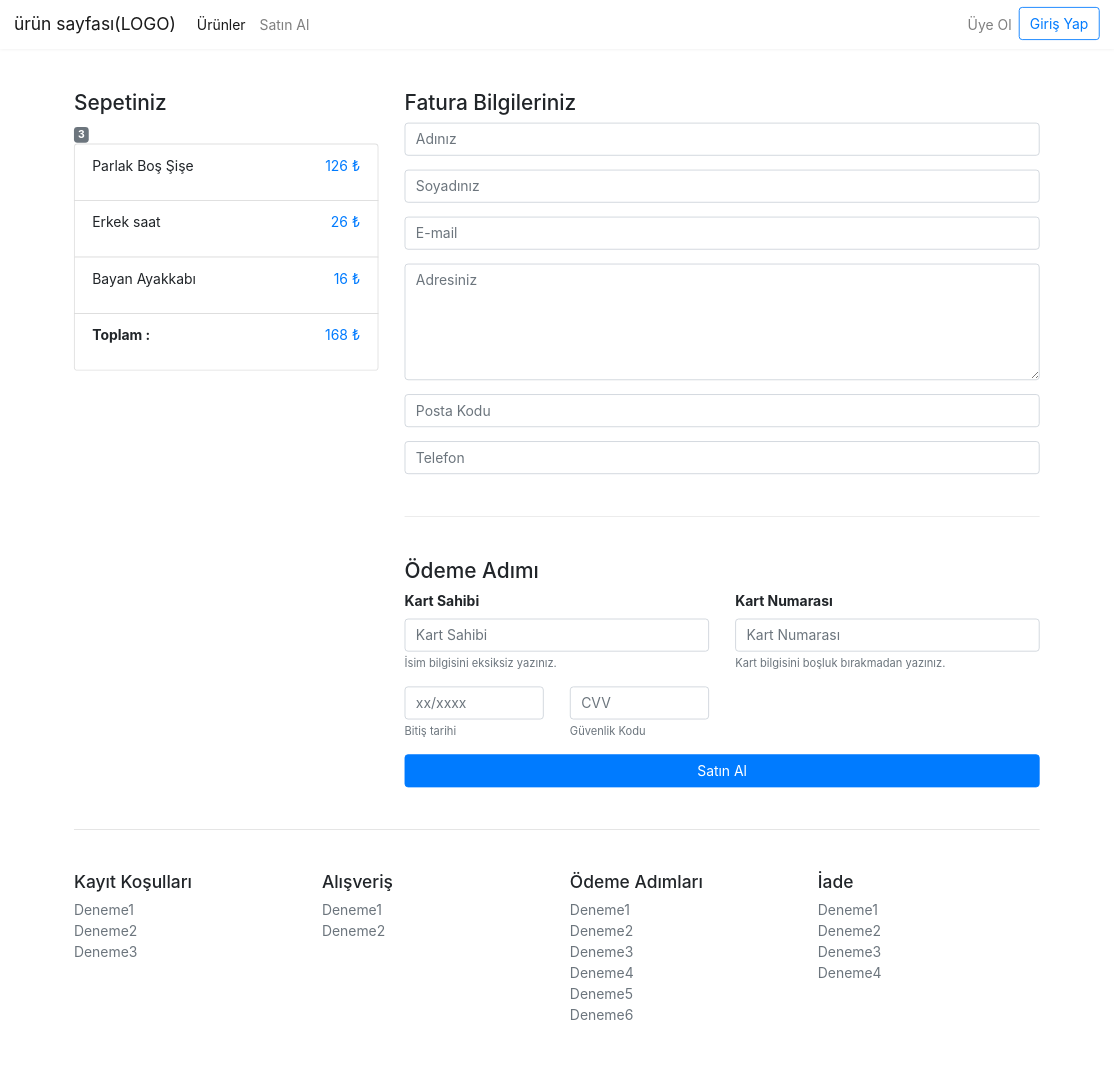
Repository: NergisAktug/E-Commerce-PythonWithFlask-Sqlite3
Page: templates/ödeme.html
These files come from the project's save history. The page is drawn as it stood at one moment and after the next save; the edit follows.
The browser window is 1280 px wide. The pictures show the whole page, at 87% of full size.

Above is the page before, as saved 2018-11-24 03:13:33.

### templates/ödeme.html
<!doctype html>
<html lang="en">
  <head>
    <!-- Required meta tags -->
    <meta charset="utf-8">
    <meta name="viewport" content="width=device-width, initial-scale=1, shrink-to-fit=no">

    <!-- Bootstrap CSS -->
    <link rel="stylesheet" href="https://stackpath.bootstrapcdn.com/bootstrap/4.1.3/css/bootstrap.min.css" integrity="sha384-MCw98/SFnGE8fJT3GXwEOngsV7Zt27NXFoaoApmYm81iuXoPkFOJwJ8ERdknLPMO" crossorigin="anonymous">

    <title>Hello, world!</title>
  </head>
  <body>
    <nav class="navbar navbar-expand-lg navbar-light shadow-sm" >
        <a href="#" class="navbar-brand">ürün sayfası(LOGO)</a>
        <button class="navbar-toggler" type="button" data-toggle="collapse" data-target="#navbarMenü">
            <span class="navbar-toggler-icon"></span>
        </button>
        <div class="collapse navbar-collapse" id="navbarMenü">
            <ul class="navbar-nav mr-auto">
                <li class="nav-item">
                    <a href="#" class="nav-link active" >Ürünler</a>
                 </li>
                 <li class="nav-item">
                        <a href="#" class="nav-link">Satın Al</a>
                     </li>

                       </ul>
                       <ul class="navbar-nav">
                          <li class="nav-item">
                            <a href="#" class="nav-link">Üye Ol</a>
                           </li>
                           <li class="nav-item">
                              <a href="#" class="btn btn-outline-primary">Giriş Yap</a>
                             </li>
                       </ul>
             </div>

    </nav>
    <div class="container my-5">
        <div class="row">
            <div class="col-md-4">
                    <h4>Sepetiniz</h4>
                    <span class="badge badge-secondary">3</span>
                    <ul class="list-group">
                         <li class="list-group-item">
                             <p class="float-left">Parlak Boş Şişe</p>
                             <p class="float-right text-primary">126 ₺</p>
                              </li>
                        <li class="list-group-item">
                            <p class="float-left">Erkek saat</p>
                            <p class="float-right text-primary">26 ₺</p>
                        </li>
                         <li class="list-group-item">
                            <p class="float-left">Bayan Ayakkabı</p>
                            <p class="float-right text-primary">16 ₺</p>
                         </li>
                         <li class="list-group-item">
                                <p class="float-left"><b>Toplam : </b></p>
                                <p class="float-right text-primary">168 ₺</p>
                        </li>
                    </ul>
                </div>

            <div class="col-md-8">
                <h4>Fatura Bilgileriniz</h4>
               <form class="was-validation">
                   <div class="form-group">
                       <input type="text" class="form-control" placeholder="Adınız" required>
                   </div>
                   <div class="form-group">
                        <input type="text" class="form-control" placeholder="Soyadınız" required>
                    </div>
                    <div class="form-group">
                            <input type="text" class="form-control" placeholder="E-mail" required>
                        </div>
                    <div class="form-group">
                        <textarea  class="form-control" rows="5" placeholder="Adresiniz" required></textarea>
                    </div>
                     <div class="form-group">
                        <input type="text" class="form-control" minlength="3" placeholder="Posta Kodu"required>
                     </div>
                    <div class="form-group">
                       <input type="text" class="form-control" placeholder="Telefon" required>
                    </div>

                   <div class="clearfix"></div><hr class="my-5">

                   <h4>Ödeme Adımı</h4>
                   <div class="row">
                <div class="col-md-6">
                    <div class="form-group">
                        <label> <b>Kart Sahibi</b> </label>
                        <input type="text" class="form-control" placeholder="Kart Sahibi" minlength="16" required>
                        <small class="text-muted">İsim bilgisini eksiksiz yazınız.</small>
                        </div>
                    </div>
                <div class="col-md-6">
                     <div class="form-group">
                        <label> <b>Kart Numarası</b> </label>
                        <input type="text" class="form-control" placeholder="Kart Numarası" minlength="16" required>
                        <small class="text-muted">Kart bilgisini boşluk bırakmadan yazınız.</small>
                  </div>
                    </div>
                    <div class="col-md-6">
                     <div class="row">
                      <div class="col-md-6">
                          <div class="form-group">
                         <input type="text" class="form-control" placeholder="xx/xxxx"  required>
                         <small class="text-muted">Bitiş tarihi</small>
                          </div>
                      </div>
                      <div class="col-md-6">
                            <div class="form-group">
                           <input type="text" class="form-control" placeholder="CVV" minlength="3" required>
                           <small class="text-muted">Güvenlik Kodu</small>
                            </div>
                        </div>
                     </div>
                    </div>
                   </div>
                <button type="submit" class="btn btn-primary btn-block" required>Satın Al</button>
            </form>
        </div>

    </div>
    <hr class="my-5">
</div>

   <footer class="my-5">
<div class="container">
      <div class="row">
     <div class="col-6 col-md-3">
       <h5>Kayıt Koşulları</h5>
       <ul class="list-unstyled">
        <li><a href="#" class="text-muted">Deneme1</a></li>
        <li><a href="#" class="text-muted">Deneme2</a></li>
        <li><a href="#" class="text-muted">Deneme3</a></li>

        </ul>
     </div>

     <div class="col-6 col-md-3">
        <h5>Alışveriş</h5>
        <ul class="list-unstyled">
            <li><a href="#" class="text-muted">Deneme1</a></li>
            <li><a href="#" class="text-muted">Deneme2</a></li>

         </ul>
      </div>
      <div class="col-6 col-md-3">
          <h5>Ödeme Adımları</h5>
          <ul class="list-unstyled">
              <li><a href="#" class="text-muted">Deneme1</a></li>
              <li><a href="#" class="text-muted">Deneme2</a></li>
              <li><a href="#" class="text-muted">Deneme3</a></li>
              <li><a href="#" class="text-muted">Deneme4</a></li>
              <li><a href="#" class="text-muted">Deneme5</a></li>
              <li><a href="#" class="text-muted">Deneme6</a></li>
           </ul>
        </div>
        <div class="col-6 col-md-3">
            <h5>İade</h5>
            <ul class="list-unstyled">
                <li><a href="#" class="text-muted">Deneme1</a></li>
                <li><a href="#" class="text-muted">Deneme2</a></li>
                <li><a href="#" class="text-muted">Deneme3</a></li>
                <li><a href="#" class="text-muted">Deneme4</a></li>
             </ul>
          </div>
      </div>
</div>
   </footer>

    <!-- Optional JavaScript -->
    <!-- jQuery first, then Popper.js, then Bootstrap JS -->
    <script src="https://code.jquery.com/jquery-3.3.1.slim.min.js" integrity="sha384-q8i/X+965DzO0rT7abK41JStQIAqVgRVzpbzo5smXKp4YfRvH+8abtTE1Pi6jizo" crossorigin="anonymous"></script>
    <script src="https://cdnjs.cloudflare.com/ajax/libs/popper.js/1.14.3/umd/popper.min.js" integrity="sha384-ZMP7rVo3mIykV+2+9J3UJ46jBk0WLaUAdn689aCwoqbBJiSnjAK/l8WvCWPIPm49" crossorigin="anonymous"></script>
    <script src="https://stackpath.bootstrapcdn.com/bootstrap/4.1.3/js/bootstrap.min.js" integrity="sha384-ChfqqxuZUCnJSK3+MXmPNIyE6ZbWh2IMqE241rYiqJxyMiZ6OW/JmZQ5stwEULTy" crossorigin="anonymous"></script>
  </body>
</html>

After the next save:
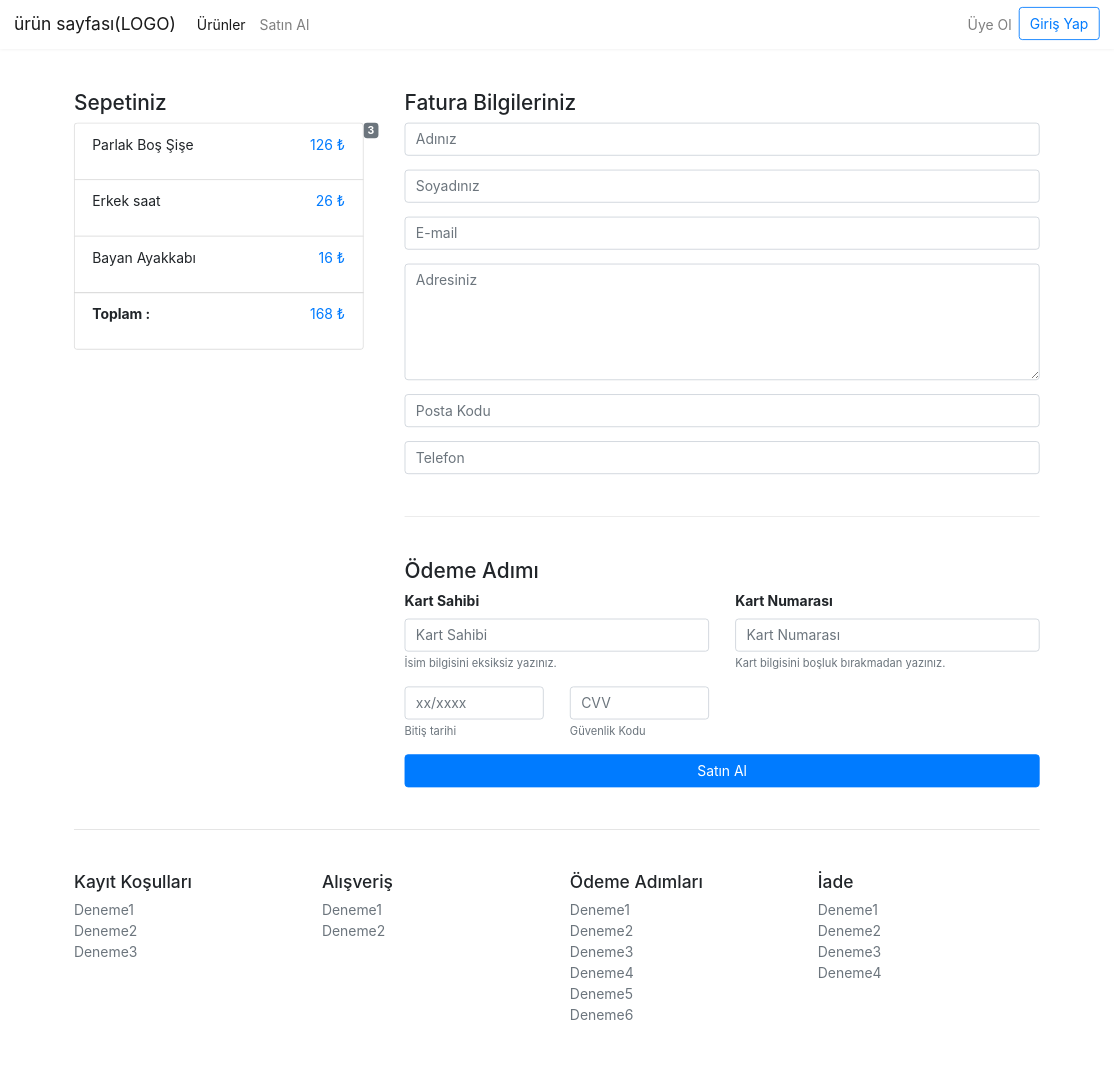
Saved 31 s later.
--- a/templates/ödeme.html
+++ b/templates/ödeme.html
@@ -41,7 +41,7 @@
         <div class="row">
             <div class="col-md-4">
                     <h4>Sepetiniz</h4>
-                    <span class="badge badge-secondary">3</span>
+                    <span class="badge badge-secondary float-right">3</span>
                     <ul class="list-group">
                          <li class="list-group-item">
                              <p class="float-left">Parlak Boş Şişe</p>
